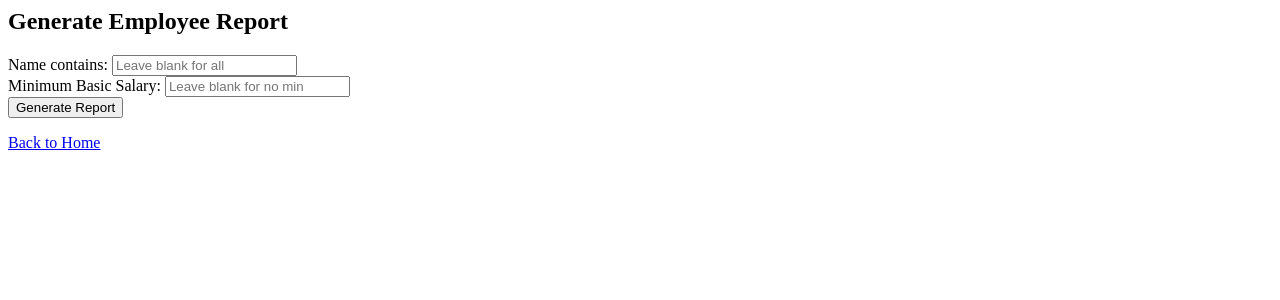
Repository: KUSUMA-74/Advance-JavaProject
Page: http://localhost/EmployeeWebApp/report_form.jsp
These files come from the project's save history. The page is drawn as it stood at one moment and after the next save; the edit follows.
The browser window is 1280 px wide. The pictures show the whole page.
The page is served by Tomcat 9. Other server files are loaded and not shown.

Above is the page before, as saved 2025-05-30 05:26:35.

### EmployeeWebApp/src/main/webapp/report_form.jsp
<html>
<head><title>Report Criteria</title></head>
<body>
<h2>Generate Employee Report</h2>
<form action="ReportCriteriaServlet" method="post">
    Name contains: <input type="text" name="empName" placeholder="Leave blank for all"/><br/>
    Minimum Basic Salary: <input type="number" step="0.01" name="minSalary" placeholder="Leave blank for no min"/><br/>
    <input type="submit" value="Generate Report" />
</form>
<a href="index.jsp">Back to Home</a>
</body>
</html>

After the next save:
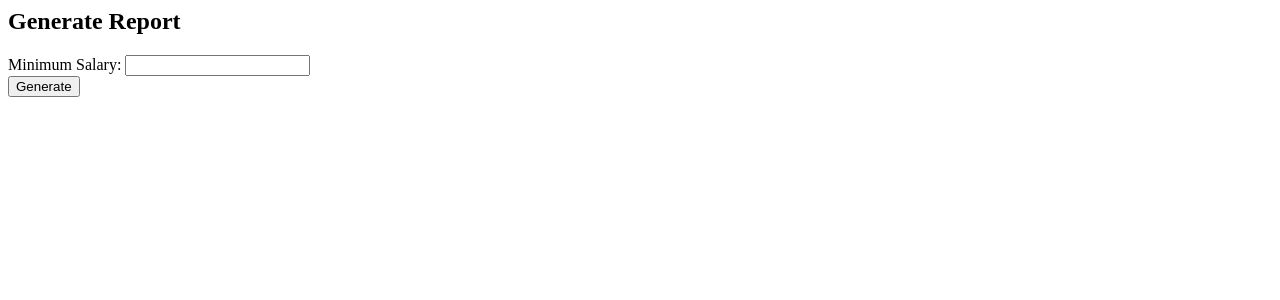
Saved 11 s later.
--- a/EmployeeWebApp/src/main/webapp/report_form.jsp
+++ b/EmployeeWebApp/src/main/webapp/report_form.jsp
@@ -1,12 +1,11 @@
+<%@ page language="java" contentType="text/html; charset=UTF-8" %>
 <html>
 <head><title>Report Criteria</title></head>
 <body>
-<h2>Generate Employee Report</h2>
-<form action="ReportCriteriaServlet" method="post">
-    Name contains: <input type="text" name="empName" placeholder="Leave blank for all"/><br/>
-    Minimum Basic Salary: <input type="number" step="0.01" name="minSalary" placeholder="Leave blank for no min"/><br/>
-    <input type="submit" value="Generate Report" />
-</form>
-<a href="index.jsp">Back to Home</a>
+    <h2>Generate Report</h2>
+    <form action="ReportCriteriaServlet" method="post">
+        Minimum Salary: <input type="number" name="minSalary" step="0.01" required><br>
+        <input type="submit" value="Generate">
+    </form>
 </body>
 </html>
